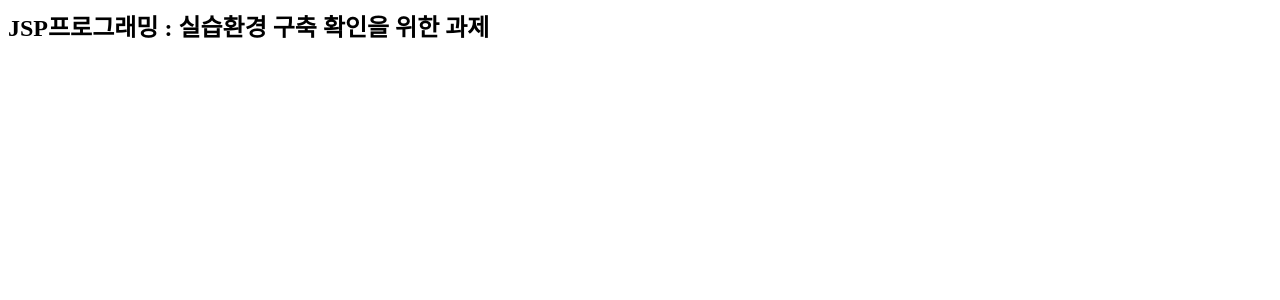
Repository: jiyoung510/JAVA-learning-examples
Page: http://localhost/jspbook/HelloWorldServlet
The author's editor kept a copy of each file at every save. The page is drawn from the files as they stood at one save, then again after the next save.
The browser window is 1280 px wide. The pictures show the whole page.
The page is served by Tomcat 9.

Above is the page before, as saved 2022-09-25 02:07:49.

After the next save:
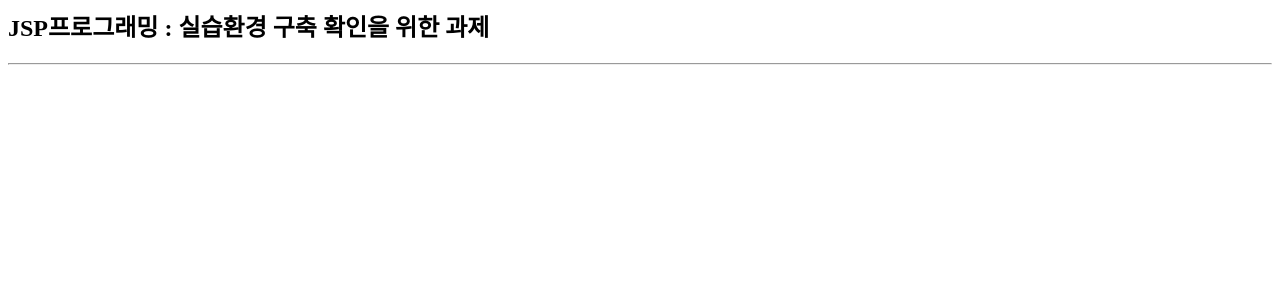
Saved 32 s later.
--- a/jspbook/src/ch01/HelloWorldServlet.java
+++ b/jspbook/src/ch01/HelloWorldServlet.java
@@ -24,8 +24,9 @@ public class HelloWorldServlet extends HttpServlet {
 		PrintWriter out = response.getWriter();
 		out.print("<html>");
 		out.print("<head><title>JSP프로그래밍 : 실습환경 구축 확인을 위한 과제</title></head>");
-		out.print("<body><h2>JSP프로그래밍 : 실습환경 구축 확인을 위한 과제</h2></body>");
-		out.print("</html>");
+		out.print("<body><h2>JSP프로그래밍 : 실습환경 구축 확인을 위한 과제</h2>");
+		out.print("<hr>");
+		out.print("</body></html>");
 		out.close();
 	}
 
